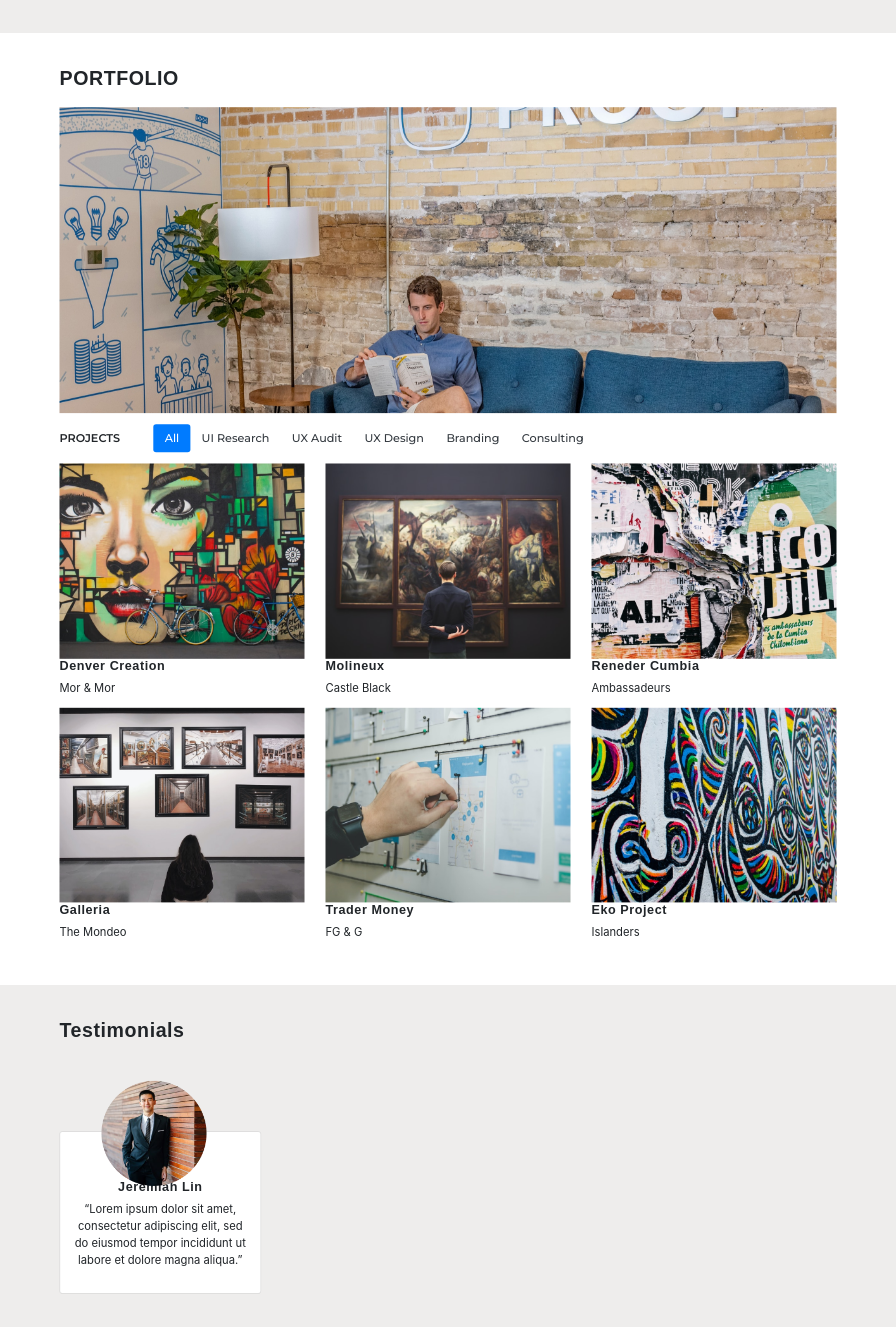
Repository: Syfon01/hng-port
Page: index.html
The author's editor kept a copy of each file at every save. The page is drawn from the files as they stood at one save, then again after a run of saves.
The browser window is 1280 px wide. The pictures show the part of the page from y = 1853 to 3773 px (the page is 3749 px tall before and 3773 px after), at 70% of full size.
Some web fonts or font styles are not loaded; a fallback is used.

Above is the page before, as saved 2020-06-28 19:32:10.

### index.html
<!doctype html>
<html lang="en">
  <head>
    <title>Resume</title>
    <!-- Required meta tags -->
    <meta charset="utf-8">
    <meta name="viewport" content="width=device-width, initial-scale=1, shrink-to-fit=no">

    <!-- Bootstrap CSS -->
    <link rel="stylesheet" href="https://stackpath.bootstrapcdn.com/bootstrap/4.5.0/css/bootstrap.min.css"
      integrity="sha384-9aIt2nRpC12Uk9gS9baDl411NQApFmC26EwAOH8WgZl5MYYxFfc+NcPb1dKGj7Sk" crossorigin="anonymous">
    <link rel="stylesheet" href="style.css">
  </head>
  <body>
    <section id="home">
      <div class="container pt-3">
        <nav class="navbar navbar-expand-lg navbar-light text-white navigation">
          <a class="navbar-brand head-logo px-3 py-1" href="#">A-Z Creative</a>
          <button class="navbar-toggler" type="button" data-toggle="collapse" data-target="#navbarNav" aria-controls="navbarNav"
            aria-expanded="false" aria-label="Toggle navigation">
            <span class="navbar-toggler-icon"></span>
          </button>
          <div class="collapse navbar-collapse" id="navbarNav">
            <ul class="navbar-nav ml-auto">
              <li class="nav-item active">
                <a class="nav-link head-link" href="#">Home <span class="sr-only">(current)</span></a>
              </li>
              <li class="nav-item">
                <a class="nav-link head-link" href="#">About Us</a>
              </li>
              <li class="nav-item">
                <a class="nav-link head-link" href="#">Services</a>
              </li>
              <li class="nav-item">
                <a class="nav-link head-link" href="#">Portfolio</a>
              </li>
              <li class="nav-item">
                <a class="nav-link head-link" href="#">Testimonials</a>
              </li>
              <li class="nav-item">
                <a class="nav-link head-link " href="#">Contact Us</a>
              </li>
            </ul>
          </div>
        </nav>

        <div class="home-content text-white text-center py-5">
          <h1 class="head-text py-3">CREATIVITY <span style="color: white;">IS</span>
            <br>
            INTELLIGENCE <span style="color: white;">HAVING FUN.</span></h1>
          <p class="head-sub-text py-3">Our personal and effective approach to every <br> project we work on, is why our clients <br> keep coming back.</p>
          <button type="submit" class="btn head-btn btn-light px-4">Get Started</button>
        </div>
      </div>

    </section>

    <section id="about">
      <div class="container py-5">
        <h3>ABOUT A-Z CREATIVES</h3>

        <div class="row py-4">
          <div class="col-lg-8 col-md-8 col-sm-12 col-12">
              <img src="./img/about.png" alt="" srcset="" class="img-fluid">
          </div>

          <div class="col-lg-4 col-md-4 col-sm-12 col-12">
            <p class="about-text">Lorem ipsum dolor sit amet, consectetur adipiscing elit, sed do eiusmod tempor incididunt ut labore et dolore magna aliqua. Ut enim ad minim veniam, quis nostrud exercitation ullamco laboris nisi ut aliquip ex ea commodo consequat. Duis aute irure dolor in reprehenderit in voluptate velit esse cillum dolore eu fugiat nulla pariatur. Excepteur sint occaecat cupidatat non proident, sunt in culpa qui officia deserunt mollit anim id est laborum.</p>
          </div>
        </div>

        <h3 class="py-3">Our personal and effective approach to every project we work on, is why our clients keep coming back.</h3>
      </div>
    </section>

    <section id="services">
      <div class="container py-5">
        <h3>
          OUR SERVICES
        </h3>
        <h4 class="py-3">
          Lorem ipsum dolor sit amet, consectetur adipiscing elit, sed do eiusmod tempor incididunt ut labore et dolore magna
          aliqua. Ut enim ad minim veniam, quis nostrud exercitation ullamco laboris nisi ut aliquip ex ea commodo consequat.
        </h4>

        <div class="row py-5">
          <div class="col-lg-3 col-md-6 col-sm-12 ">
            <h5><img src="./img/svg/ux.svg">  UX RESEARCH</h5>
            <p class="services-text">
              adipiscing elit, sed do eiusmod tempor tempo incididunt ut labore et dolore magna aliqua. Ut enim ad tempo
              adipiscing elit, sed do eiusmod
            </p>
          </div>
          <div class="col-lg-3 col-md-6 col-sm-12 ">
          <h5><img src="./img/svg/ux.svg"> UX RESEARCH</h5>
          <p class="services-text">
            adipiscing elit, sed do eiusmod tempor tempo incididunt ut labore et dolore magna aliqua. Ut enim ad tempo
            adipiscing elit, sed do eiusmod
          </p>
          </div>
          <div class="col-lg-3 col-md-6 col-sm-12 ">
            <h5><img src="./img/svg/ux.svg"> UX RESEARCH</h5>
            <p class="services-text">
              adipiscing elit, sed do eiusmod tempor tempo incididunt ut labore et dolore magna aliqua. Ut enim ad tempo
              adipiscing elit, sed do eiusmod
            </p>
          </div>
          <div class="col-lg-3 col-md-6 col-sm-12 ">
            <h5><img src="./img/svg/ux.svg"> UX RESEARCH</h5>
            <p class="services-text">
              adipiscing elit, sed do eiusmod tempor tempo incididunt ut labore et dolore magna aliqua. Ut enim ad tempo
              adipiscing elit, sed do eiusmod
            </p>
          </div>
        </div>
      </div>
    </section>

    <section id="portfolio">
        <div class="container py-5">
          <h3>PORTFOLIO</h3>
          <div class="img py-3">
            <img src="./img/portfolio.png" alt="" class="img-fluid">
          </div>

          <div class="pill">
            <ul class="nav nav-pills mb-3" id="pills-tab" role="tablist">
              <li class="nav-item projects mr-5 mt-2">
                PROJECTS
              </li>
              <li class="nav-item" role="presentation">
                <a class="nav-link active projects-link" id="pills-all-tab" data-toggle="pill" href="#pills-all" role="tab"
                  aria-controls="pills-all" aria-selected="true">All</a>
              </li>
              <li class="nav-item" role="presentation">
                <a class="nav-link text-dark projects-link" id="pills-reasearch-tab" data-toggle="pill" href="#pills-reasearch" role="tab"
                  aria-controls="pills-reasearch" aria-selected="false">UI Research</a>
              </li>
              <li class="nav-item" role="presentation">
                <a class="nav-link text-dark projects-link" id="pills-audit-tab" data-toggle="pill" href="#pills-audit" role="tab"
                  aria-controls="pills-audit" aria-selected="false">UX Audit</a>
              </li>
              <li class="nav-item" role="presentation">
                <a class="nav-link text-dark projects-link" id="pills-design-tab" data-toggle="pill" href="#pills-design" role="tab"
                  aria-controls="pills-design" aria-selected="false">UX Design</a>
              </li>
              <li class="nav-item" role="presentation">
                <a class="nav-link text-dark projects-link" id="pills-branding-tab" data-toggle="pill" href="#pills-branding" role="tab"
                  aria-controls="pills-branding" aria-selected="false">Branding</a>
              </li>
              <li class="nav-item" role="presentation">
                <a class="nav-link text-dark projects-link" id="pills-consulting-tab" data-toggle="pill" href="#pills-consulting" role="tab"
                  aria-controls="pills-consulting" aria-selected="false">Consulting</a>
              </li>
            </ul>
            <!-- all tabs  -->
            <div class="tab-content" id="pills-tabContent">
              <div class="tab-pane fade show active" id="pills-all" role="tabpanel" aria-labelledby="pills-all-tab">
                <div class="row">
                  <div class="col-lg-4 col-md-4 col-sm-6">
                    <img src="./img/port1.png" alt="" srcset="" class="img-fluid">
                    <h5 class="project-name"> Denver Creation</h5>
                    <p class="project-owner">Mor & Mor</p>
                  </div>
                  <div class="col-lg-4 col-md-4 col-sm-6">
                    <img src="./img/port2.png" alt="" srcset="" class="img-fluid">
                    <h5 class="project-name"> Molineux</h5>
                    <p class="project-owner">Castle Black</p>
                  </div>
                  <div class="col-lg-4 col-md-4 col-sm-6">
                    <img src="./img/port3.png" alt="" srcset="" class="img-fluid">
                    <h5 class="project-name"> Reneder Cumbia</h5>
                    <p class="project-owner">Ambassadeurs</p>
                  </div>
                </div>

                <div class="row">
                  <div class="col-lg-4 col-md-4 col-sm-6">
                    <img src="./img/port4.png" alt="" srcset="" class="img-fluid">
                    <h5 class="project-name"> Galleria</h5>
                    <p class="project-owner">The Mondeo</p>
                  </div>
                  <div class="col-lg-4 col-md-4 col-sm-6">
                    <img src="./img/port5.png" alt="" srcset="" class="img-fluid">
                    <h5 class="project-name"> Trader Money</h5>
                    <p class="project-owner">FG & G</p>
                  </div>
                  <div class="col-lg-4 col-md-4 col-sm-6">
                    <img src="./img/port6.png" alt="" srcset="" class="img-fluid">
                    <h5 class="project-name"> Eko Project</h5>
                    <p class="project-owner">Islanders</p>
                  </div>
                </div>
              </div>
                <!-- ui/ux research  -->
              <div class="tab-pane fade" id="pills-reasearch" role="tabpanel" aria-labelledby="pills-reasearch-tab">
                  <div class="row">
                    <div class="col-lg-4 col-md-4 col-sm-6">
                      <img src="./img/port6.png" alt="" srcset="" class="img-fluid">
                      <h5 class="project-name"> Eko Project</h5>
                      <p class="project-owner">Islanders</p>
                    </div>
                    <div class="col-lg-4 col-md-4 col-sm-6">
                      <img src="./img/port5.png" alt="" srcset="" class="img-fluid">
                      <h5 class="project-name"> Trader Money</h5>
                      <p class="project-owner">FG & G</p>
                    </div>
                    <div class="col-lg-4 col-md-4 col-sm-6">
                      <img src="./img/port4.png" alt="" srcset="" class="img-fluid">
                      <h5 class="project-name"> Galleria</h5>
                      <p class="project-owner">The Mondeo</p>
                    </div>
                  </div>

                  <div class="row">
                    <div class="col-lg-4 col-md-4 col-sm-6">
                      <img src="./img/port3.png" alt="" srcset="" class="img-fluid">
                      <h5 class="project-name"> Reneder Cumbia</h5>
                      <p class="project-owner">Ambassadeurs</p>
                    </div>
                    <div class="col-lg-4 col-md-4 col-sm-6">
                      <img src="./img/port2.png" alt="" srcset="" class="img-fluid">
                      <h5 class="project-name"> Molineux</h5>
                      <p class="project-owner">Castle Black</p>
                    </div>
                    <div class="col-lg-4 col-md-4 col-sm-6">
                      <img src="./img/port1.png" alt="" srcset="" class="img-fluid">
                      <h5 class="project-name"> Denver Creation</h5>
                      <p class="project-owner">Mor & Mor</p>
                    </div>
                  </div>
              </div>
              <!-- ui audit -->
              <div class="tab-pane fade" id="pills-audit" role="tabpanel" aria-labelledby="pills-audit-tab">
                <div class="row">
                  <div class="col-lg-4 col-md-4 col-sm-6">
                    <img src="./img/port3.png" alt="" srcset="" class="img-fluid">
                    <h5 class="project-name"> Reneder Cumbia</h5>
                    <p class="project-owner">Ambassadeurs</p>
                  </div>
                  <div class="col-lg-4 col-md-4 col-sm-6">
                    <img src="./img/port2.png" alt="" srcset="" class="img-fluid">
                    <h5 class="project-name"> Molineux</h5>
                    <p class="project-owner">Castle Black</p>
                  </div>
                  <div class="col-lg-4 col-md-4 col-sm-6">
                    <img src="./img/port1.png" alt="" srcset="" class="img-fluid">
                    <h5 class="project-name"> Denver Creation</h5>
                    <p class="project-owner">Mor & Mor</p>
                  </div>
                </div>

                <div class="row">
                  <div class="col-lg-4 col-md-4 col-sm-6">
                    <img src="./img/port6.png" alt="" srcset="" class="img-fluid">
                    <h5 class="project-name"> Eko Project</h5>
                    <p class="project-owner">Islanders</p>
                  </div>
                  <div class="col-lg-4 col-md-4 col-sm-6">
                    <img src="./img/port5.png" alt="" srcset="" class="img-fluid">
                    <h5 class="project-name"> Trader Money</h5>
                    <p class="project-owner">FG & G</p>
                  </div>
                  <div class="col-lg-4 col-md-4 col-sm-6">
                    <img src="./img/port4.png" alt="" srcset="" class="img-fluid">
                    <h5 class="project-name"> Denver Creation</h5>
                    <p class="project-owner">Mor & Mor</p>
                  </div>
                </div>
              </div>

              <!-- design -->
              <div class="tab-pane fade" id="pills-design" role="tabpanel" aria-labelledby="pills-design-tab">
                <div class="row">
                  <div class="col-lg-4 col-md-4 col-sm-6">
                    <img src="./img/port1.png" alt="" srcset="" class="img-fluid">
                    <h5 class="project-name"> Denver Creation</h5>
                    <p class="project-owner">Mor & Mor</p>
                  </div>
                  <div class="col-lg-4 col-md-4 col-sm-6">
                    <img src="./img/port3.png" alt="" srcset="" class="img-fluid">
                    <h5 class="project-name"> Reneder Cumbia</h5>
                    <p class="project-owner">Ambassadeurs</p>
                  </div>
                  <div class="col-lg-4 col-md-4 col-sm-6">
                    <img src="./img/port5.png" alt="" srcset="" class="img-fluid">
                    <h5 class="project-name"> Trader Money</h5>
                    <p class="project-owner">FG & G</p>
                  </div>
                </div>

                <div class="row">
                  <div class="col-lg-4 col-md-4 col-sm-6">
                    <img src="./img/port2.png" alt="" srcset="" class="img-fluid">
                    <h5 class="project-name"> Molineux</h5>
                    <p class="project-owner">Castle Black</p>
                  </div>
                  <div class="col-lg-4 col-md-4 col-sm-6">
                    <img src="./img/port4.png" alt="" srcset="" class="img-fluid">
                    <h5 class="project-name"> Denver Creation</h5>
                    <p class="project-owner">Mor & Mor</p>
                  </div>
                  <div class="col-lg-4 col-md-4 col-sm-6">
                    <img src="./img/port6.png" alt="" srcset="" class="img-fluid">
                    <h5 class="project-name"> Eko Project</h5>
                    <p class="project-owner">Islanders</p>
                  </div>
                </div>
              </div>
              <!-- branding -->
              <div class="tab-pane fade" id="pills-branding" role="tabpanel" aria-labelledby="pills-branding-tab">
                <div class="row">
                  <div class="col-lg-4 col-md-4 col-sm-6">
                    <img src="./img/port2.png" alt="" srcset="" class="img-fluid">
                    <h5 class="project-name"> Molineux</h5>
                    <p class="project-owner">Castle Black</p>
                  </div>
                  <div class="col-lg-4 col-md-4 col-sm-6">
                    <img src="./img/port4.png" alt="" srcset="" class="img-fluid">
                    <h5 class="project-name"> Denver Creation</h5>
                    <p class="project-owner">Mor & Mor</p>
                  </div>
                  <div class="col-lg-4 col-md-4 col-sm-6">
                    <img src="./img/port6.png" alt="" srcset="" class="img-fluid">
                    <h5 class="project-name"> Eko Project</h5>
                    <p class="project-owner">Islanders</p>
                  </div>
                </div>

                <div class="row">
                  <div class="col-lg-4 col-md-4 col-sm-6">
                    <img src="./img/port1.png" alt="" srcset="" class="img-fluid">
                    <h5 class="project-name"> Denver Creation</h5>
                    <p class="project-owner">Mor & Mor</p>
                  </div>
                  <div class="col-lg-4 col-md-4 col-sm-6">
                    <img src="./img/port3.png" alt="" srcset="" class="img-fluid">
                    <h5 class="project-name"> Reneder Cumbia</h5>
                    <p class="project-owner">Ambassadeurs</p>
                  </div>
                  <div class="col-lg-4 col-md-4 col-sm-6">
                    <img src="./img/port5.png" alt="" srcset="" class="img-fluid">
                    <h5 class="project-name"> Trader Money</h5>
                    <p class="project-owner">FG & G</p>
                  </div>
                </div>
              </div>
              <!-- consulting -->
              <div class="tab-pane fade" id="pills-consulting" role="tabpanel" aria-labelledby="pills-consulting-tab">
                <div class="row">
                  <div class="col-lg-4 col-md-4 col-sm-6">
                    <img src="./img/port6.png" alt="" srcset="" class="img-fluid">
                    <h5 class="project-name"> Eko Project</h5>
                    <p class="project-owner">Islanders</p>
                  </div>
                  <div class="col-lg-4 col-md-4 col-sm-6">
                    <img src="./img/port3.png" alt="" srcset="" class="img-fluid">
                    <h5 class="project-name"> Reneder Cumbia</h5>
                    <p class="project-owner">Ambassadeurs</p>
                  </div>
                  <div class="col-lg-4 col-md-4 col-sm-6">
                    <img src="./img/port2.png" alt="" srcset="" class="img-fluid">
                    <h5 class="project-name"> Molineux</h5>
                    <p class="project-owner">Castle Black</p>
                  </div>
                </div>

                <div class="row">
                  <div class="col-lg-4 col-md-4 col-sm-6">
                    <img src="./img/port5.png" alt="" srcset="" class="img-fluid">
                    <h5 class="project-name"> Trader Money</h5>
                    <p class="project-owner">FG & G</p>
                  </div>
                  <div class="col-lg-4 col-md-4 col-sm-6">
                    <img src="./img/port4.png" alt="" srcset="" class="img-fluid">
                    <h5 class="project-name"> Denver Creation</h5>
                    <p class="project-owner">Mor & Mor</p>
                  </div>
                  <div class="col-lg-4 col-md-4 col-sm-6">
                    <img src="./img/port1.png" alt="" srcset="" class="img-fluid">
                    <h5 class="project-name"> Denver Creation</h5>
                    <p class="project-owner">Mor & Mor</p>
                  </div>
                </div>
              </div>
            </div>
          </div>
        </div>
    </section>

    <section id="testimonials">
      <div class="container py-5">
        <h3>
          Testimonials
        </h3>

        <div class="card-section">
          <div class="row">
            <div class="col-lg-4">
              <div class="card-section pt-4 mt-5">
                <div class="card card-dark pt-5 mt-5" style="width: 18rem;">
                  <div class="card-body text-center">
                    <h5>
                      Jeremiah Lin
                    </h5>
                    <p>
                      “Lorem ipsum dolor sit amet, consectetur adipiscing elit, sed do eiusmod tempor incididunt ut labore et dolore magna
                      aliqua.”
                    </p>
                  </div>
                </div>
                <img src="./img/testimonial1.png" class="img-fluid card-image" alt="...">

              </div>
            </div>
          </div>
        </div>
      </div>

    </section>

    <!-- Optional JavaScript -->
    <!-- jQuery first, then Popper.js, then Bootstrap JS -->
    <script src="https://code.jquery.com/jquery-3.5.1.slim.min.js"
      integrity="sha384-DfXdz2htPH0lsSSs5nCTpuj/zy4C+OGpamoFVy38MVBnE+IbbVYUew+OrCXaRkfj" crossorigin="anonymous"></script>
    <script src="https://cdn.jsdelivr.net/npm/popper.js@1.16.0/dist/umd/popper.min.js"
      integrity="sha384-Q6E9RHvbIyZFJoft+2mJbHaEWldlvI9IOYy5n3zV9zzTtmI3UksdQRVvoxMfooAo" crossorigin="anonymous"></script>
    <script src="https://stackpath.bootstrapcdn.com/bootstrap/4.5.0/js/bootstrap.min.js"
      integrity="sha384-OgVRvuATP1z7JjHLkuOU7Xw704+h835Lr+6QL9UvYjZE3Ipu6Tp75j7Bh/kR0JKI" crossorigin="anonymous"></script>

  </body>
</html>

Loaded but not shown: style.css (94 lines, source omitted)

After the next 2 saves:
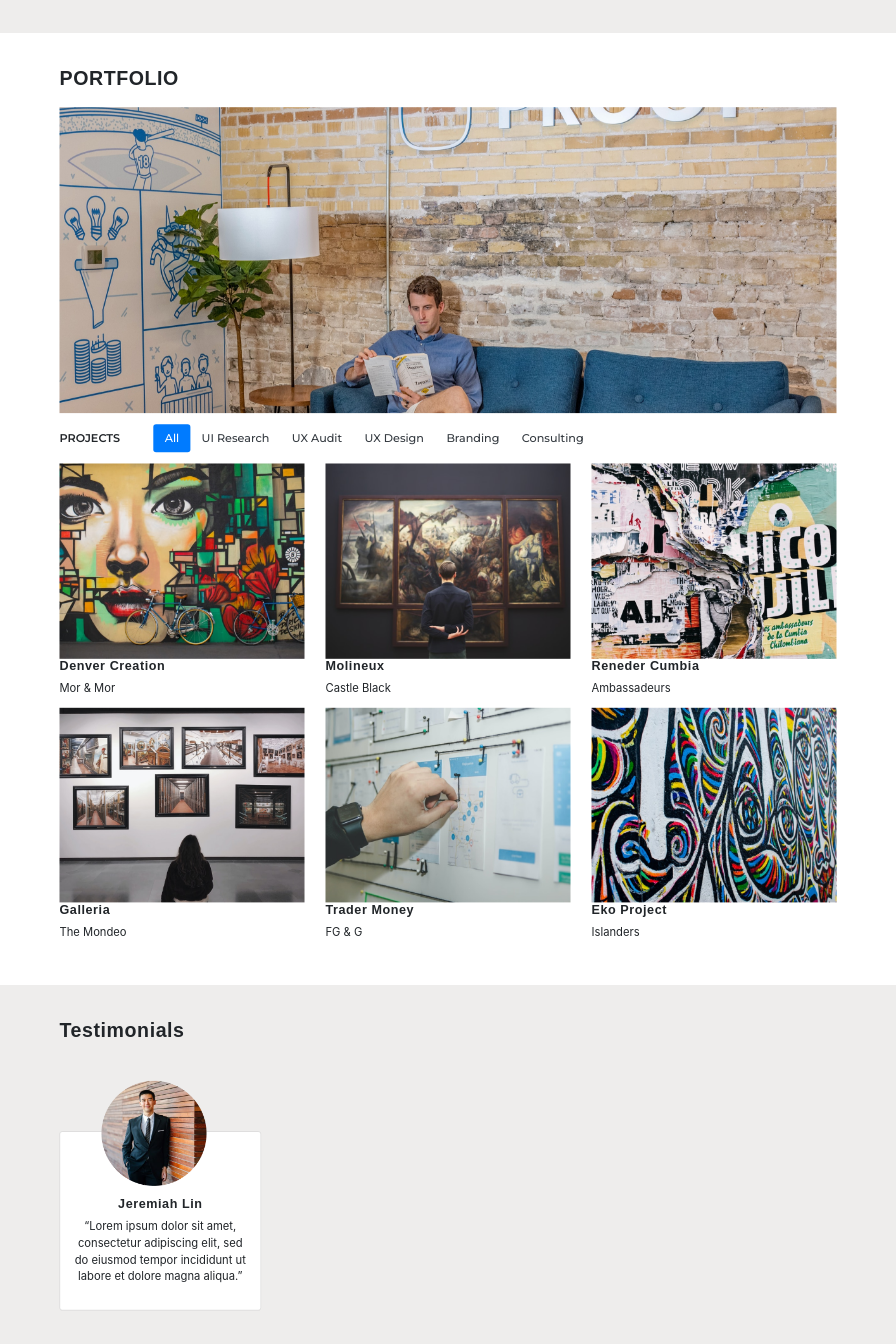
The 2 saves are shown as one change because they came seconds apart.
The last was saved 12 s later.
--- a/index.html
+++ b/index.html
@@ -400,7 +400,7 @@
               <div class="card-section pt-4 mt-5">
                 <div class="card card-dark pt-5 mt-5" style="width: 18rem;">
                   <div class="card-body text-center">
-                    <h5>
+                    <h5 class="pt-4">
                       Jeremiah Lin
                     </h5>
                     <p>
